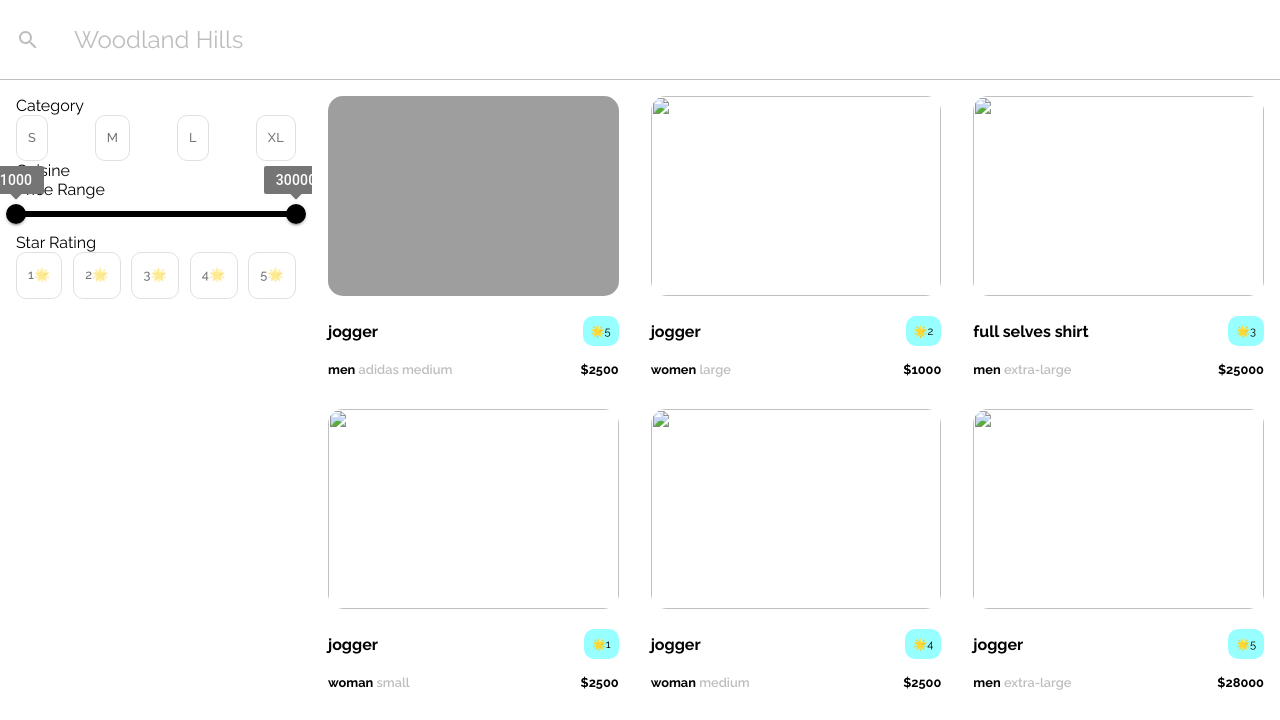
Repository: GokulDev4U/filter_product
Page: /
The author's editor kept a copy of each file at every save. The page is drawn from the files as they stood at one save, then again after the next save.
The browser window is 1280 px wide. The pictures show the whole page.
Pictures or frames that could not be fetched are drawn as grey boxes. An inner scrolling area shows only its first screen. The project was rebuilt for these pictures with package versions that can differ from the ones it lists, and the page was loaded fresh each time. Also part of the build but not shown: src/components/common/EmptyView/styles.css, src/components/common/EmptyView/index.jsx.

Above is the page before, as saved 2022-03-20 15:42:36.

### src/App.js
import React from "react";
import Home from "./pages/Home";
import "./App.css";

const App = () => <Home />;

export default App;

### src/pages/Home/index.jsx
import React, { useEffect, useState } from 'react';
import EmptyView from '../../components/common/EmptyView';
import FilterPanel from '../../components/Home/FilterPanel';
import List from '../../components/Home/List';
import SearchBar from '../../components/Home/SearchBar';
import { dataList } from '../../constants';
import './styles.css';

const Home = () => {
    const [selectedCategory, setSelectedCategory] = useState(null);
    const [selectedRating, setSelectedRating] = useState(null);
    const [selectedPrice, setSelectedPrice] = useState([1000, 30000]);

    const [cuisines, setCuisines] = useState([
        { id: 1, checked: false, label: 'MEN' },
        { id: 2, checked: false, label: 'Women' },
    ]);

    const [list, setList] = useState(dataList);
    const [resultsFound, setResultsFound] = useState(true);
    const [searchInput, setSearchInput] = useState('');

    const handleSelectCategory = (event, value) =>
        !value ? null : setSelectedCategory(value);

    const handleSelectRating = (event, value) =>
        !value ? null : setSelectedRating(value);

    const handleChangeChecked = (id) => {
        const cusinesStateList = cuisines;
        const changeCheckedCuisines = cusinesStateList.map((item) =>
            item.id === id ? { ...item, checked: !item.checked } : item
        );
        setCuisines(changeCheckedCuisines);
    };

    const handleChangePrice = (event, value) => {
        setSelectedPrice(value);
    };

    const applyFilters = () => {
        let updatedList = dataList;

        // Rating Filter
        if (selectedRating) {
            updatedList = updatedList.filter(
                (item) => parseInt(item.rating) === parseInt(selectedRating)
            );
        }

        // Category Filter
        if (selectedCategory) {
            updatedList = updatedList.filter(
                (item) => item.category === selectedCategory
            );
        }

        // Cuisine Filter
        const cuisinesChecked = cuisines
            .filter((item) => item.checked)
            .map((item) => item.label.toLowerCase());

        if (cuisinesChecked.length) {
            updatedList = updatedList.filter((item) =>
                cuisinesChecked.includes(item.cuisine)
            );
        }

        // Search Filter
        if (searchInput) {
            updatedList = updatedList.filter(
                (item) =>
                    item.title.toLowerCase().search(searchInput.toLowerCase().trim()) !==
                    -1
            );
        }

        // Price Filter
        const minPrice = selectedPrice[0];
        const maxPrice = selectedPrice[1];

        updatedList = updatedList.filter(
            (item) => item.price >= minPrice && item.price <= maxPrice
        );

        setList(updatedList);

        !updatedList.length ? setResultsFound(false) : setResultsFound(true);
    };

    useEffect(() => {
        applyFilters();
    }, [selectedRating, selectedCategory, cuisines, searchInput, selectedPrice]);

    return (
        <div className='home'>
            {/* Search Bar */}
            <SearchBar
                value={searchInput}
                changeInput={(e) => setSearchInput(e.target.value)}
            />
            <div className='home_panelList-wrap'>
                {/* Filter Panel */}
                <div className='home_panel-wrap'>
                    <FilterPanel
                        selectedCategory={selectedCategory}
                        selectCategory={handleSelectCategory}
                        selectedRating={selectedRating}
                        selectedPrice={selectedPrice}
                        selectRating={handleSelectRating}
                        cuisines={cuisines}
                        changeChecked={handleChangeChecked}
                        changePrice={handleChangePrice}
                    />
                </div>
                {/* List & Empty View */}
                <div className='home_list-wrap'>
                    {resultsFound ? <List list={list} /> : <EmptyView />}
                </div>
            </div>
        </div>
    );
};

export default Home;

### src/App.css
@import url("https://fonts.googleapis.com/css2?family=Raleway:ital,wght@0,100;0,200;0,300;0,400;0,500;0,600;0,700;0,800;0,900;1,100;1,200;1,300;1,400;1,500;1,600;1,700;1,800;1,900&display=swap");

*,
*::after,
*::before {
  margin: 0;
}

body {
  font-family: "Raleway", sans-serif;
}

input {
  font-family: "Raleway", sans-serif;
}

/* Hide scrollbar for Chrome, Safari and Opera */
::-webkit-scrollbar {
  display: none;
}

/* Hide scrollbar for IE, Edge and Firefox */
body {
  -ms-overflow-style: none; /* IE and Edge */
  scrollbar-width: none; /* Firefox */
}

### src/components/Home/FilterPanel/index.jsx
import React from 'react';
import { categoryList, ratingList } from '../../../constants';
import CheckboxProton from '../../common/CheckboxProton';
import FilterListToggle from '../../common/FilterListToggle';
import SliderProton from '../../common/SliderProton';
import './styles.css';

const FilterPanel = ({
    selectedCategory,
    selectCategory,
    selectedRating,
    selectedPrice,
    selectRating,
    cuisines,
    changeChecked,
    changePrice,
}) => (
    <div>
        <div className='input-group'>
            <p className='label'>Category</p>
            <FilterListToggle
                options={categoryList}
                value={selectedCategory}
                selectToggle={selectCategory}
            />
        </div>
        <div className='input-group'>
            <p className='label'>Cuisine</p>
            {cuisines.map((cuisine) => (
                <CheckboxProton
                    key={cuisine.id}
                    cuisine={cuisine}
                    changeChecked={changeChecked}
                />
            ))}
        </div>
        <div className='input-group'>
            <p className='label-range'>Price Range</p>
            <SliderProton value={selectedPrice} changePrice={changePrice} />
        </div>
        <div className='input-group'>
            <p className='label'>Star Rating</p>
            <FilterListToggle
                options={ratingList}
                value={selectedRating}
                selectToggle={selectRating}
            />
        </div>
    </div>
);

export default FilterPanel;

### src/components/Home/List/index.jsx
import React from 'react';
import ListItem from './ListItem';
import './styles.css';

const List = ({ list }) => (
    <div className='list-wrap'>
        {list.map((item) => (
            <ListItem key={item.id} item={item} />
        ))}
    </div>
);

export default List;

### src/components/Home/SearchBar/index.jsx
import React from 'react';
import './styles.css';
import SearchIcon from '@mui/icons-material/Search';

const SearchBar = ({ value, changeInput }) => (
    <div className='searchBar-wrap'>
        <SearchIcon className='searchBar-icon' />
        <input
            type='text'
            placeholder='Woodland Hills'
            value={value}
            onChange={changeInput}
        />
    </div>
);

export default SearchBar;

### src/constants/index.js
export const categoryList = [
  {
    id: 1,
    value: "small",
    label: "s",
  },
  {
    id: 2,
    value: "medium",
    label: "m",
  },
  {
    id: 3,
    value: "large",
    label: "l",
  },
  {
    id: 4,
    value: "extra-large",
    label: "xl",
  },
];

// export const highLowList = [
//   {
//     id: 1,
//     value: "small",
//     label: "",
//   },
//   {
//     id: 2,
//     value: "medium",
//     label: "m",
//   },
// ];

export const ratingList = [
  {
    id: 1,
    value: "1",
    label: "1🌟",
  },
  {
    id: 2,
    value: "2",
    label: "2🌟",
  },
  {
    id: 3,
    value: "3",
    label: "3🌟",
  },
  {
    id: 4,
    value: "4",
    label: "4🌟",
  },
  {
    id: 5,
    value: "5",
    label: "5🌟",
  },
];

export const dataList = [
  {
    id: 1,
    title: "jogger",
    category: "men",
    brand: "adidas", //checkbox
    size: "medium",
    rating: 5,
    price: 2500,
    coverSrc:
      "https://assets.myntassets.com/h_1440,q_90,w_1080/v1/assets/images/16740710/2022/1/27/8741c976-79a4-449b-b448-59609bdc47541643275980430-ADIDAS-Men-Track-Pants-3281643275979689-1.jpg",
  },
  {
    id: 2,
    title: "jogger",
    category: "women",
    Brand: "puma", //checkbox
    size: "large",
    rating: 2,
    price: 1000,
    coverSrc: "",
  },
  {
    id: 3,
    title: "full selves shirt",
    category: "men",
    Brand: "balmain", //checkbox
    size: "extra-large",
    rating: 3,
    price: 25000,
    coverSrc: "",
  },
  {
    id: 4,
    title: "jogger",
    category: "woman",
    Brand: "allen solly", //checkbox
    size: "small",
    rating: 1,
    price: 2500,
    coverSrc: "",
  },
  {
    id: 5,
    title: "jogger",
    category: "woman",
    Brand: "levis", //checkbox
    size: "medium",
    rating: 4,
    price: 2500,
    coverSrc: "",
  },
  {
    id: 6,
    title: "jogger",
    category: "men",
    Brand: "balmin", //checkbox
    size: "extra-large",
    rating: 5,
    price: 28000,
    coverSrc: "",
  },
  {
    id: 7,
    title: "jogger",
    category: "women",
    Brand: "adidas", //checkbox
    size: "large",
    rating: 2,
    price: 5000,
    coverSrc: "",
  },
];

### src/pages/Home/styles.css
.home {
  display: flex;
  flex-direction: column;
  height: 100vh;
}
.home_panelList-wrap,
.home_panel-wrap,
.home_list-wrap {
  overflow-y: auto;
}

.home_panelList-wrap {
  flex: 1;
  display: flex;
}
.home_panel-wrap {
  flex-basis: 280px;
  padding: 1rem;
}
.home_list-wrap {
  flex: 1;
  padding: 1rem;
}

### src/components/common/CheckboxProton/index.jsx
import React from 'react';
import Checkbox from '@mui/material/Checkbox';
import { makeStyles } from '@mui/styles';
import FormControlLabel from '@mui/material/FormControl';

const useStyles = makeStyles({
    root: {
        '&$checked': {
            color: '#000',
        },
    },
    checked: {},
    wrap: {
        width: '100%',
        display: 'flex',
        flexDirection: 'row-reverse',
        justifyContent: 'space-between',
        alignItems: 'center',
        marginLeft: 0,
    },
    label: {
        fontSize: '.8rem',
        fontFamily: `'Raleway', sans-serif`,
    },
});

const CheckboxProton = ({ changeChecked, cuisine }) => {
    const classes = useStyles();
    const { checked, label, id } = cuisine;
    return (
        <div>
            <FormControlLabel
                classes={{
                    label: classes.label,
                    root: classes.wrap,
                }}
                control={
                    <Checkbox
                        classes={{
                            checked: classes.checked,
                            root: classes.root,
                        }}
                        size='small'
                        checked={checked}
                        onChange={() => changeChecked(id)}
                        inputProps={{ 'aria-label': 'checkbox with small size' }}
                    />
                }
                label={label}
            />
        </div>
    );
};

export default CheckboxProton;

### src/components/common/FilterListToggle/index.jsx
import React from 'react';
import ToggleButton from '@mui/material/ToggleButton';
import ToggleButtonGroup from '@mui/material/ToggleButtonGroup';
import { makeStyles } from '@mui/styles';

const useStyles = makeStyles({
    root: {
        width: '100%',
        justifyContent: 'space-between',
    },
    toggle: {
        fontFamily: `'Raleway', sans-serif`,
        fontSize: '.8rem',
        border: '1px solid rgba(0, 0, 0, 0.12)',
        borderRadius: '10px',
        '&.MuiToggleButtonGroup-groupedHorizontal:not(:last-child)': {
            borderRadius: '10px',
        },
        '&.MuiToggleButtonGroup-groupedHorizontal:not(:first-child)': {
            borderRadius: '10px',
            border: '1px solid rgba(0, 0, 0, 0.12)',
        },
        '&.Mui-selected': {
            borderRadius: '10px',
            background: '#000',
            color: '#fff',
        },
        '&.MuiToggleButton-root': {
            '&:hover': {
                background: '#000',
                color: '#fff',
            },
        },
    },
});

const FilterListToggle = ({ options, value, selectToggle }) => {
    const classes = useStyles();
    return (
        <ToggleButtonGroup
            value={value}
            exclusive
            onChange={selectToggle}
            className={classes.root}
        >
            {options.map(({ label, id, value }) => (
                <ToggleButton className={classes.toggle} key={id} value={value}>
                    {label}
                </ToggleButton>
            ))}
        </ToggleButtonGroup>
    );
};

export default FilterListToggle;

### src/components/common/SliderProton/index.jsx
import React from 'react';
import { makeStyles } from '@mui/styles';
// import Typography from '@mui/Typography';
import Slider from '@mui/material/Slider';

const useStyles = makeStyles({
    root: {
        width: '100%',
    },
    thumb: {
        color: '#000',
    },
    rail: {
        color: `rgba(0, 0, 0, 0.26)`,
    },
    track: {
        color: '#000',
    },
});

const SliderProton = ({ value, changePrice }) => {
    const classes = useStyles();

    return (
        <div className={classes.root}>
            <Slider
                value={value}
                onChange={changePrice}
                valueLabelDisplay='on'
                min={1000}
                max={30000}
                classes={{
                    thumb: classes.thumb,
                    rail: classes.rail,
                    track: classes.track,
                }}
            />
        </div>
    );
};

export default SliderProton;

### src/components/Home/List/ListItem/index.jsx
import React from 'react';
import './styles.css';

const ListItem = ({
    item: { coverSrc, title, price, category, brand, size, rating },
}) => (
    <div className='listItem-wrap'>
        <img src={coverSrc} alt='' />
        <header>
            <h4>{title}</h4>
            <span>🌟{rating}</span>
        </header>
        <footer>
            <p>
                <b>{category}</b> <span>{brand}</span>  <span>{size}</span>
            </p>
            <p>
                <b>${price}</b>
            </p>
        </footer>
    </div>
);

export default ListItem;

### src/components/Home/List/styles.css
.list-wrap {
  display: grid;
  grid-template-columns: repeat(3, 1fr);
  grid-gap: 2rem;
}

### src/components/Home/SearchBar/styles.css
.searchBar-wrap {
  display: flex;
  align-items: center;
  border-bottom: 1px solid rgba(0, 0, 0, 0.26);
  padding: 1.5rem 1rem;
}
.searchBar-icon {
  color: rgba(0, 0, 0, 0.26);
  margin-right: 2rem;
}

.searchBar-wrap input {
  font-size: 1.5rem;
  outline: none;
  border: none;
  width: 100%;
}

.searchBar-wrap input::placeholder {
  color: rgba(0, 0, 0, 0.26);
}

### src/components/Home/List/ListItem/styles.css
.listItem-wrap img {
  width: 100%;
  border-radius: 15px;
  height: 200px;
  object-fit: cover;
}
.listItem-wrap header {
  display: flex;
  justify-content: space-between;
  margin: 1rem 0 1rem 0;
  align-items: center;
}

.listItem-wrap header span {
  font-size: 0.7rem;
  background-color: #97ffff;
  padding: 0.5rem;
  border-radius: 10px;
}
.listItem-wrap footer {
  font-size: 0.8rem;
  display: flex;
  align-items: center;
  justify-content: space-between;
}
.listItem-wrap footer p:first-child span {
  color: rgba(0, 0, 0, 0.26);
  font-weight: 600;
}

Loaded but not shown: public/index.html (common file); src/index.js (common file); src/index.css (common file); src/components/Home/FilterPanel/styles.css (no stored copy; drawn as an empty file)

After the next save:
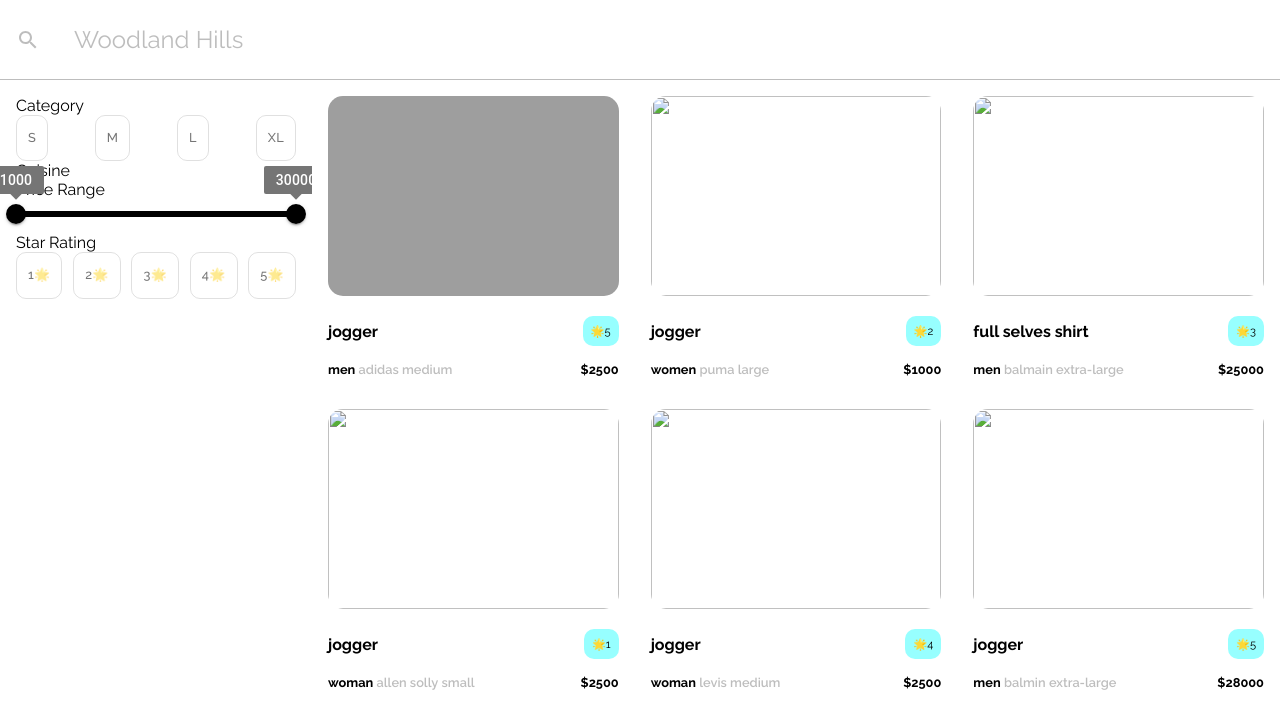
Saved 37 s later.
--- a/src/constants/index.js
+++ b/src/constants/index.js
@@ -78,7 +78,7 @@ export const dataList = [
     id: 2,
     title: "jogger",
     category: "women",
-    Brand: "puma", //checkbox
+    brand: "puma", //checkbox
     size: "large",
     rating: 2,
     price: 1000,
@@ -88,7 +88,7 @@ export const dataList = [
     id: 3,
     title: "full selves shirt",
     category: "men",
-    Brand: "balmain", //checkbox
+    brand: "balmain", //checkbox
     size: "extra-large",
     rating: 3,
     price: 25000,
@@ -98,7 +98,7 @@ export const dataList = [
     id: 4,
     title: "jogger",
     category: "woman",
-    Brand: "allen solly", //checkbox
+    brand: "allen solly", //checkbox
     size: "small",
     rating: 1,
     price: 2500,
@@ -108,7 +108,7 @@ export const dataList = [
     id: 5,
     title: "jogger",
     category: "woman",
-    Brand: "levis", //checkbox
+    brand: "levis", //checkbox
     size: "medium",
     rating: 4,
     price: 2500,
@@ -118,7 +118,7 @@ export const dataList = [
     id: 6,
     title: "jogger",
     category: "men",
-    Brand: "balmin", //checkbox
+    brand: "balmin", //checkbox
     size: "extra-large",
     rating: 5,
     price: 28000,
@@ -128,7 +128,7 @@ export const dataList = [
     id: 7,
     title: "jogger",
     category: "women",
-    Brand: "adidas", //checkbox
+    brand: "adidas", //checkbox
     size: "large",
     rating: 2,
     price: 5000,
